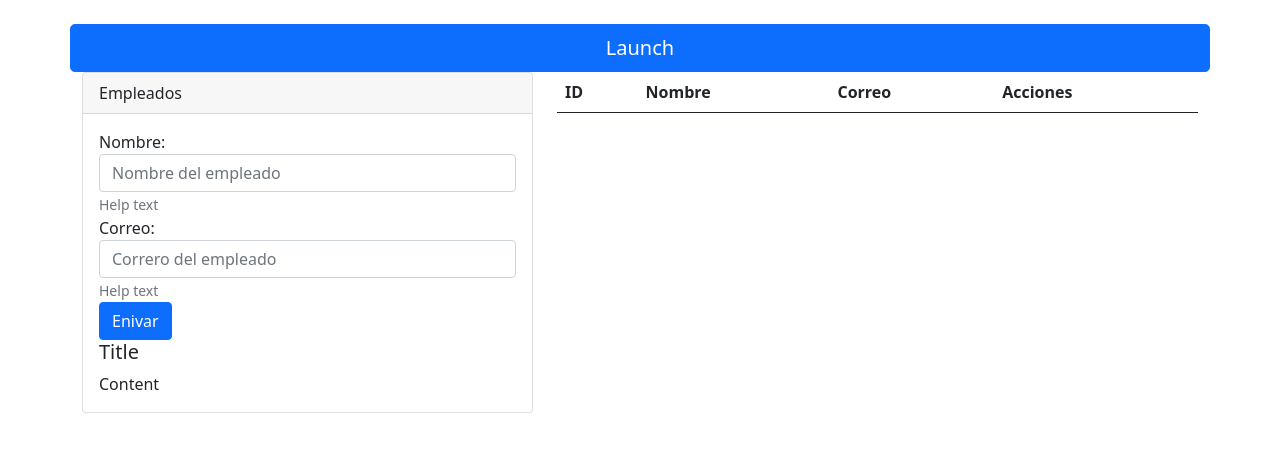
Repository: LionardoGomiz/CRUD-JS-VAINILLA
Page: index.html
The author's editor kept a copy of each file at every save. The page is drawn from the files as they stood at one save, then again after the next save.
The browser window is 1280 px wide. The pictures show the whole page.
The page's requests for data from a server got no answer.

Above is the page before, as saved 2021-08-13 10:39:52.

After the next save:
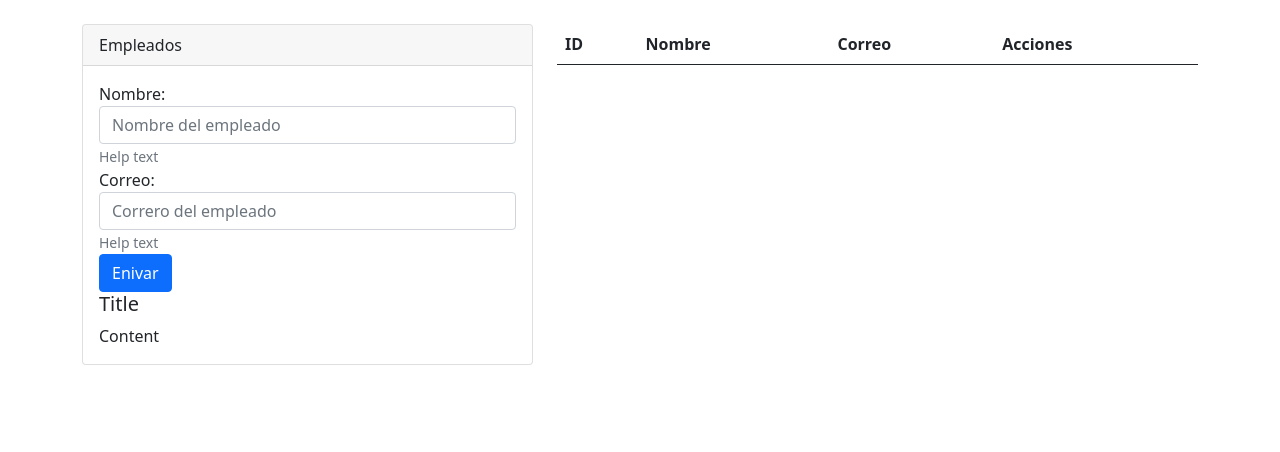
Saved 76 s later.
--- a/index.html
+++ b/index.html
@@ -12,10 +12,10 @@
     <div class="container">
         <br>
         <div class="row">
-            <!-- Button trigger modal -->
+            <!-- Button trigger modal
             <button type="button" class="btn btn-primary btn-lg" data-toggle="modal" data-target="#modelId">
               Launch
-            </button>
+            </button>-->
 
             <!-- Modal -->
             <div class="modal fade" id="modelId" tabindex="-1" role="dialog" aria-labelledby="modelTitleId" aria-hidden="true">
